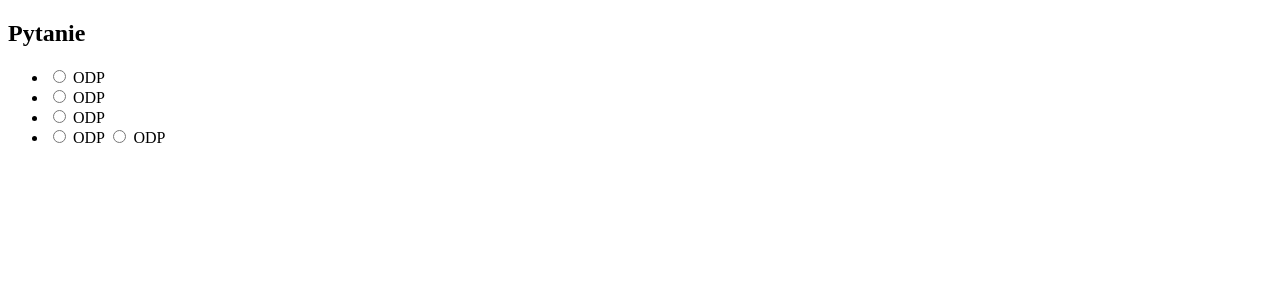
Repository: SebastianArmata22/Quiz
Page: index.html
The author's editor kept a copy of each file at every save. The page is drawn from the files as they stood at one save, then again after the next save.
The browser window is 1280 px wide. The pictures show the whole page.

Above is the page before, as saved 2020-10-01 15:03:51.

After the next save:
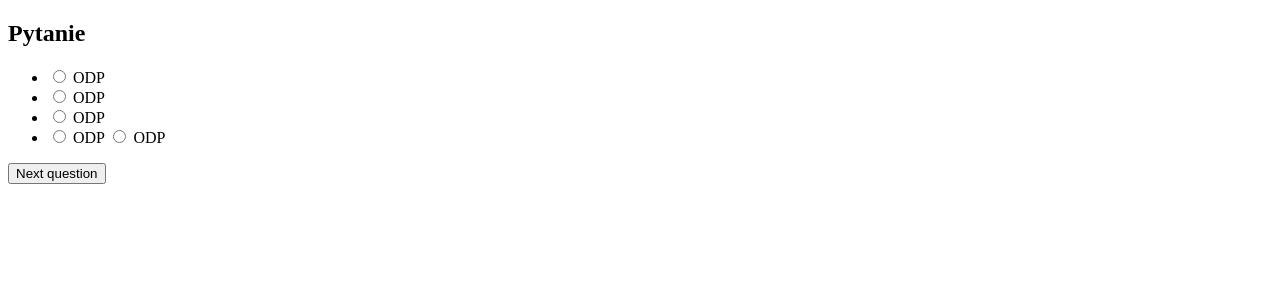
Saved 79 s later.
--- a/index.html
+++ b/index.html
@@ -34,6 +34,7 @@
                 </li>
 
             </ul>
+            <button id="next">Next question</button>
         </div>
         <script src="" async defer></script>
     </body>
